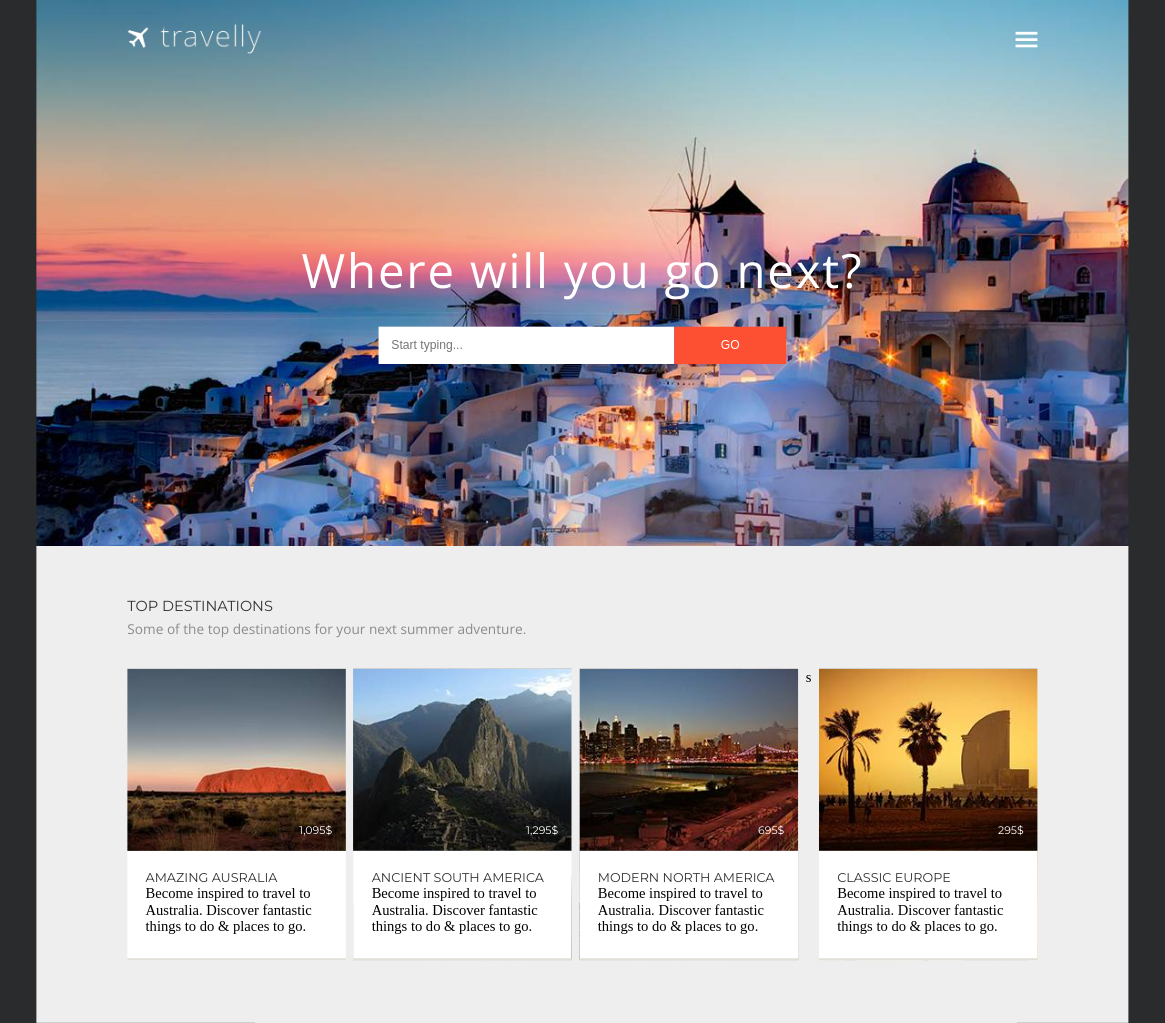
Repository: YusifHasanov/Web-Page-Template
Page: index.html
These files come from the project's save history. The page is drawn as it stood at one moment and after a run of saves; the edit follows.
The browser window is 1280 px wide. The pictures show the whole page, at 91% of full size.

Above is the page before, as saved 2021-12-05 21:40:02.

### index.html
<!DOCTYPE html>
<html lang="en">
  <head>
    <!-- !required meta tags -->
    <meta charset="UTF-8" />
    <meta http-equiv="X-UA-Compatible" content="IE=edge" />
    <meta name="viewport" content="width=device-width, initial-scale=1.0" />
    <title>Document</title>
    <!-- !style css -->
    <link rel="stylesheet" href="./css/style.css" />
  </head>
  <body>
    <div class="container">
      <div class="header useless">
        <div class="navBar d-flex justify-between align-end">
          <img src="./img/logo.png" alt="traveller company logo" />
          <img
            src="./img/menubar.png"
            class="hamburger"
            alt="hamburger menu logo"
          />
        </div>
        <h1>Where will you go next?</h1>
        <form class="d-flex justify-center">
          <input
            type="text"
            id="search"
            name="search"
            [aria-label="search"
            ]
            placeholder="Start typing..."
          />
          <button type="submit" role="button">GO</button>
        </form>
      </div>
      <div class="top-destinations useless">
        <h2>Top destinations</h2>
        <p>Some of the top destinations for your next summer adventure.</p>

        <div class="flex-container d-flex justify-between">
          <div class="flex-item">
            <!-- !1 -->
            <div class="top australia">
              <span>1,095$</span>
            </div>
            <div class="down">
              <h3>amazing ausralia</h3>
              <p>
                Become inspired to travel to Australia. Discover fantastic
                things to do & places to go.
              </p>
            </div>
          </div>
          <!-- !2 -->
          <div class="flex-item s-america">
            <div class="top">
              <span>1,295$</span>
            </div>
            <div class="down">
              <h3>ancient south america</h3>
              <p>
                Become inspired to travel to Australia. Discover fantastic
                things to do & places to go.
              </p>
            </div>
          </div>
          <!-- !3 -->
          <div class="flex-item n-america">
            <div class="top">
              <span>695$</span>
            </div>
            <div class="down">
              <h3>modern north america</h3>
              <p>
                Become inspired to travel to Australia. Discover fantastic
                things to do & places to go.
              </p>
            </div>
          </div>
          <!-- !4 -->s
          <div class="flex-item europe">
            <div class="top">
              <span>295$</span>
            </div>
            <div class="down">
              <h3>classic europe</h3>
              <p>
                Become inspired to travel to Australia. Discover fantastic
                things to do & places to go.
              </p>
            </div>
          </div>
        </div>
      </div>
    </div>
  </body>
</html>

### css/style.css
@import url('https://fonts.googleapis.com/css2?family=Montserrat&family=Open+Sans:wght@300;400&display=swap');

* {
  margin: 0;
  padding: 0;
  outline: 0;
  border: 0;
  box-sizing: border-box;
}

body {
  min-height: 100vh;
  background-color: #292b2c;
}

.d-flex {
  display: flex;
}

.justify-center {
  justify-content: center;
}

.justify-between {
  justify-content: space-between;
}

.align-end {
  align-items: flex-end;
}

.useless {
  padding-left: 8.33%;
  padding-right: 8.33%;
}

.container {
  max-width: 1200px;
  margin-left: auto;
  margin-right: auto;
}

.header {
  height: 600px;
  background-image: url(./../img//backgr.jpg);
}

.navBar {
  padding-top: 26px;
}

.hamburger {
  margin-bottom: 6px;
}

.header > h1 {
  font-size: 52px;
  letter-spacing: 2px;
  color: #ffffff;
  font-weight: 300;
  font-family: 'Open Sans', sans-serif;
  text-align: center;
  line-height: 45px;
  margin-top: 215px;
}

.header > h1 + form {
  margin-top: 40px;
  height: 41px;
}

button[type='submit'] {
  width: 123px;
  background-color: #fd4f32;
  color: white;
}

.header input[type='text'] {
  width: 325px;
  padding-left: 14px;
}

.top-destinations {
  padding-top: 59px;
  padding-bottom: 69px;
  background-color: #eee;
}

.top-destinations > h2 {
  font-size: 16px;
  letter-spacing: 0px;
  color: #323232;
  font-weight: 400;
  font-family: 'Montserrat', sans-serif;
  text-transform: uppercase;
  line-height: 13px;
}

.top-destinations > p {
  font-size: 15px;
  letter-spacing: 0px;
  color: #8b8b8b;
  font-weight: 400;
  font-family: 'Open Sans', sans-serif;
  line-height: 10px;
  margin-top: 14px;
}

.flex-container {
  margin-top: 39px;
}

.flex-item {
  width: 24%;
}

.top {
  height: 200px;
  position: relative;
}

.top > span {
  position: absolute;
  font-size: 12px;
  letter-spacing: 0px;
  color: #ffffff;
  font-weight: 400;
  font-family: 'Montserrat', sans-serif;
  text-align: right;
  bottom: 16px;
  right: 15px;
}

.australia {
  background-image: url(./../img/amazing-a.jpg);
}

.s-america {
  background-image: url(./../img/s-america.jpg);
}

.n-america {
  background-image: url(./../img/n-america.jpg);
}

.europe {
  background-image: url(./../img/europe.jpg);
}
.down {
  height: 120px;
  background-color: white;
  border-bottom: 2px solid #e1dfd8;
  padding-left: 20px;
  padding-top: 20px;
}

.down > h3 {
  text-transform: uppercase;
  font-size: 14px;
  letter-spacing: 0px;
  color: #323232;
  font-weight: 400;
  font-family: 'Montserrat', sans-serif;
}

After the next 2 saves:
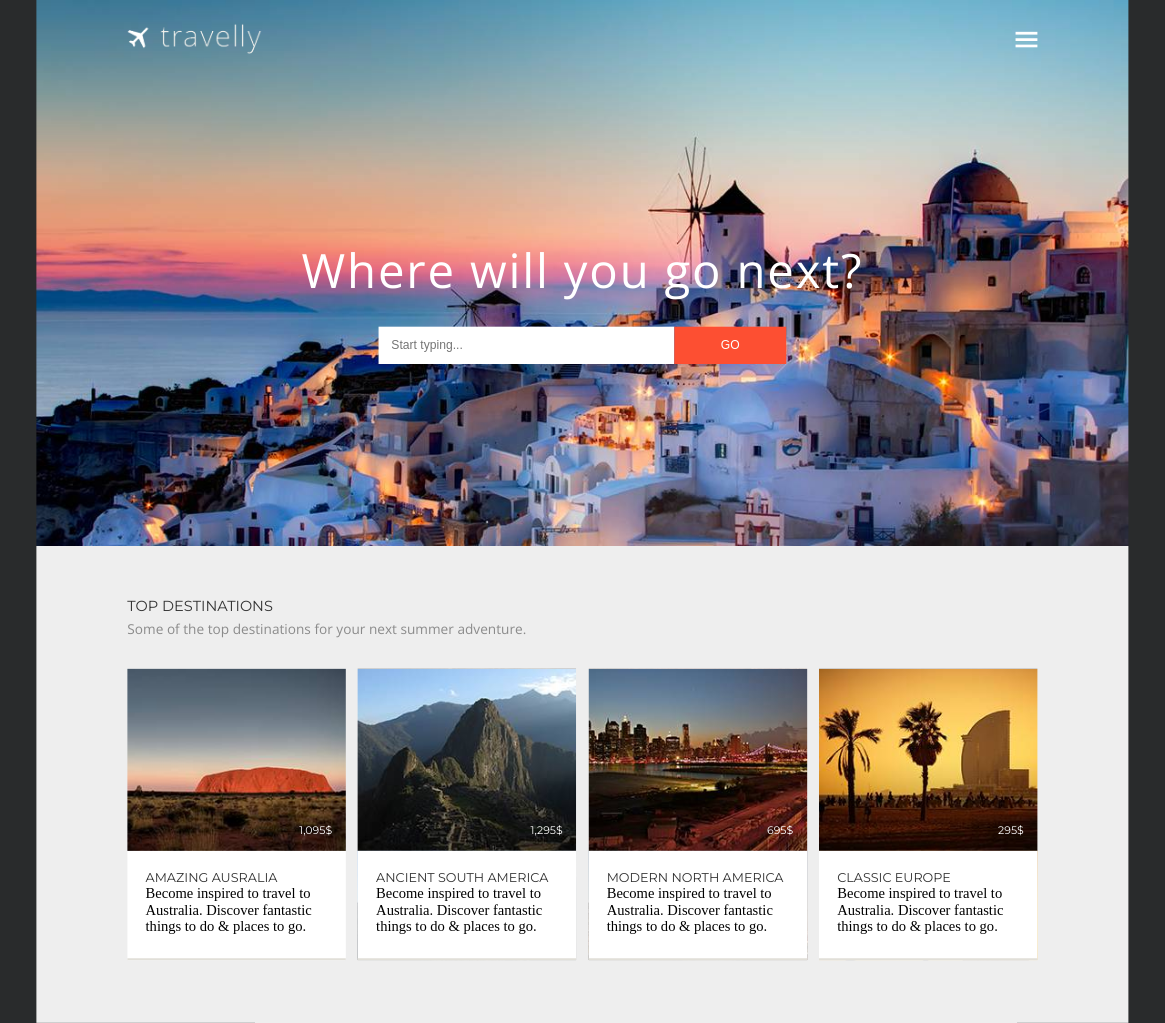
The 2 saves are shown as one change because they came seconds apart.
The last was saved 19 s later.
--- a/index.html
+++ b/index.html
@@ -77,7 +77,7 @@
               </p>
             </div>
           </div>
-          <!-- !4 -->s
+          <!-- !4 -->
           <div class="flex-item europe">
             <div class="top">
               <span>295$</span>
